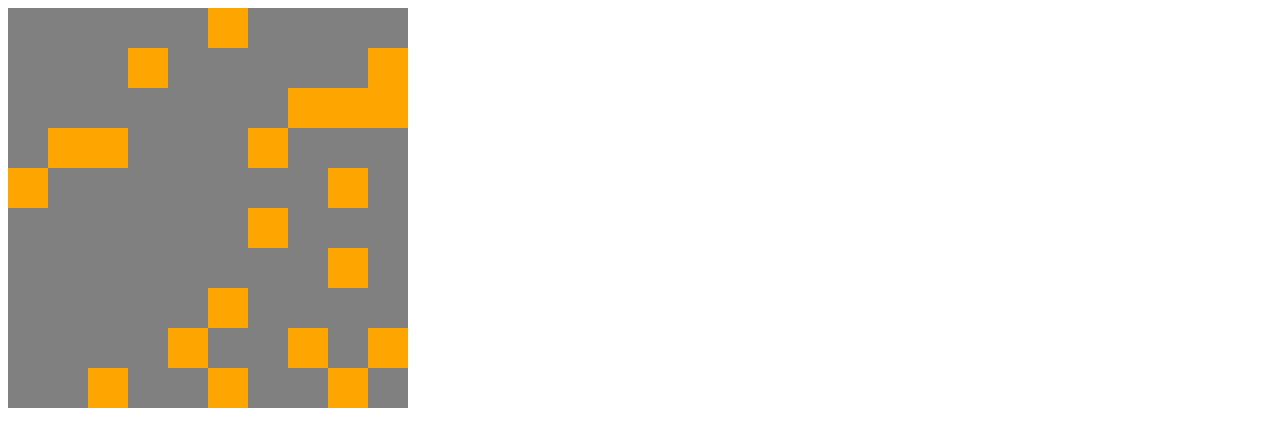
Repository: evemcd/udemy_javascript
Page: complete-javascript-course-master/02-Fundamentals-Part-2/starter/minesweeper/index.html
An editor plug-in stored every save of this project. The page is shown before and after the next save, followed by the edit.
The browser window is 1280 px wide. The pictures show the whole page.
After loading, the first visible `#\30` was clicked once.

Above is the page before, as saved 2022-04-21 20:34:48.

After the next save:
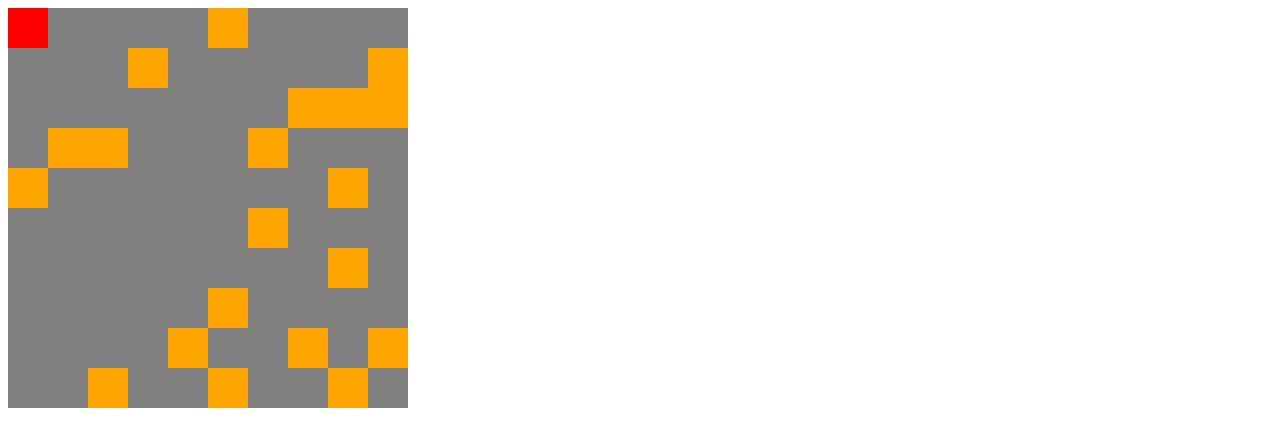
Saved 3 days later.
--- a/complete-javascript-course-master/02-Fundamentals-Part-2/starter/minesweeper/script.js
+++ b/complete-javascript-course-master/02-Fundamentals-Part-2/starter/minesweeper/script.js
@@ -59,7 +59,7 @@ document.addEventListener('DOMContentLoaded', () => {
                 square.innerHTML = total;
                 return;
             }
-
+            square.classList.add('checked');
         }
 
     }

After the save that followed:
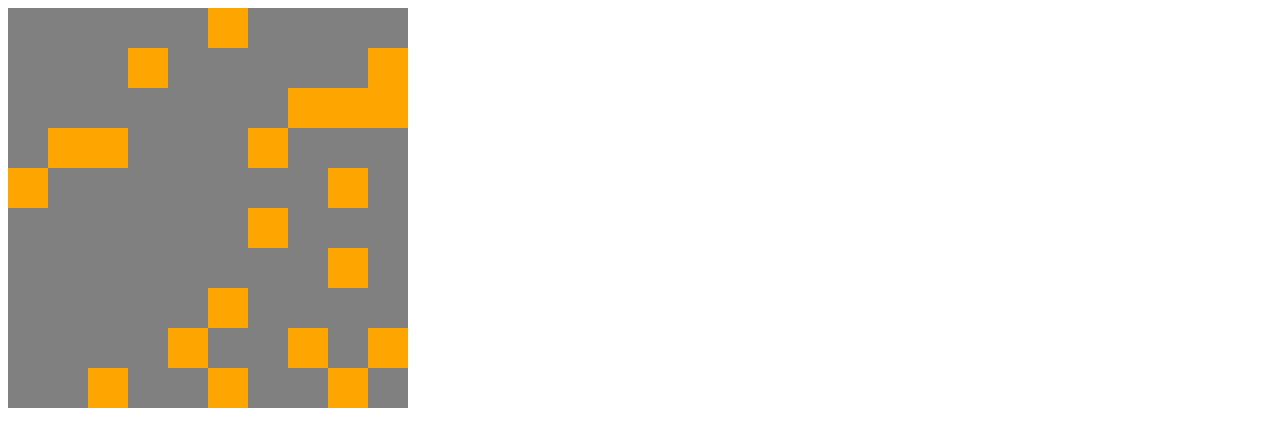
Console error: ReferenceError: isGameOver is not defined
Saved 22 s later.
--- a/complete-javascript-course-master/02-Fundamentals-Part-2/starter/minesweeper/script.js
+++ b/complete-javascript-course-master/02-Fundamentals-Part-2/starter/minesweeper/script.js
@@ -50,6 +50,8 @@ document.addEventListener('DOMContentLoaded', () => {
 
     //click on square actions
     function click(square) {
+        if (isGameOver) return;
+
         if (square.classList.contains('bomb')) {
             console.log('Game over');
         } else {
